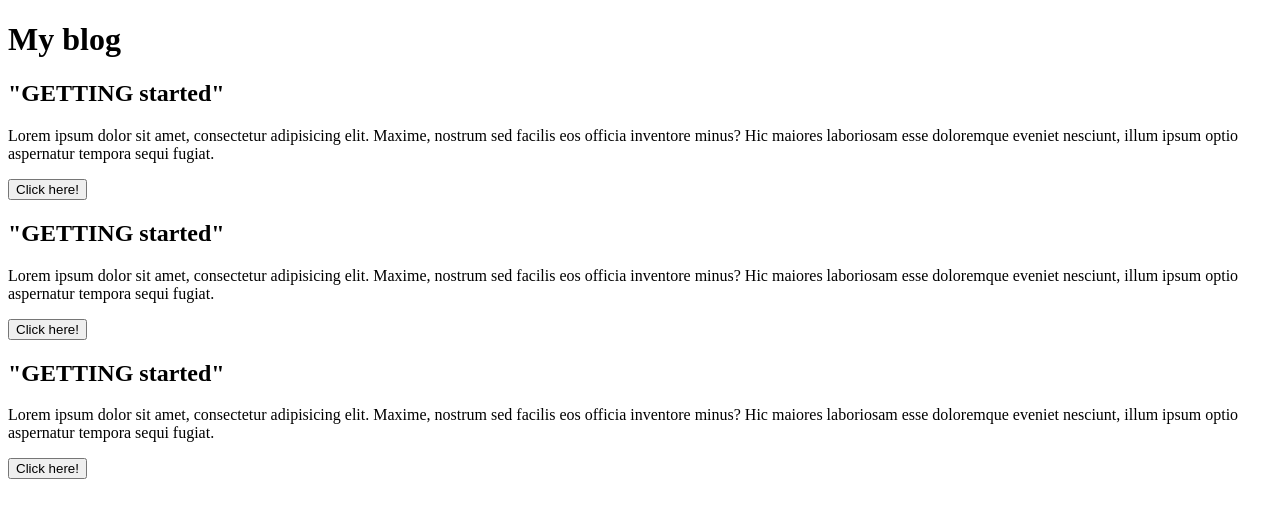
Repository: rosielee09/D3-H-week1
Page: /
These files come from the project's save history. The page is drawn as it stood at one moment and after the next save; the edit follows.
The browser window is 1280 px wide. The pictures show the whole page.
The project was rebuilt for these pictures with package versions that can differ from the ones it lists, and the page was loaded fresh each time. Also part of the build but not shown: vite.config.js, src/index.css.

Above is the page before, as saved 2025-09-10 13:48:55.

After the next save:
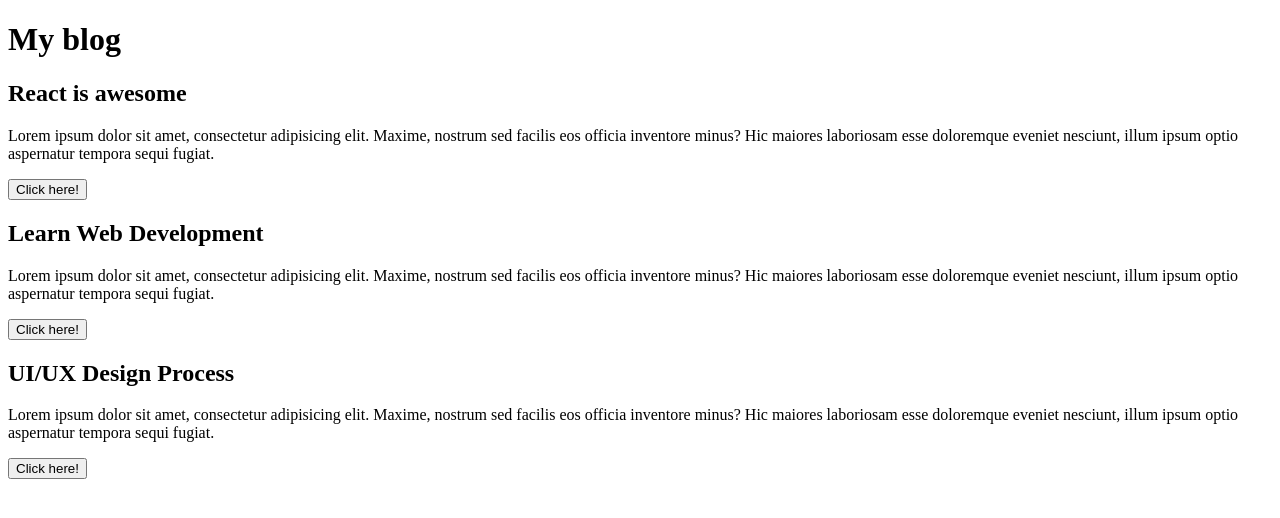
Saved 104 s later.
--- a/src/App.jsx
+++ b/src/App.jsx
@@ -36,15 +36,8 @@ function App() {
 function BlogEntry(props) {
 	return (
 		<div>
-			<h2> "GETTING started"</h2>
-			<p>
-				Lorem ipsum dolor sit amet, consectetur
-				adipisicing elit. Maxime, nostrum sed facilis
-				eos officia inventore minus? Hic maiores
-				laboriosam esse doloremque eveniet nesciunt,
-				illum ipsum optio aspernatur tempora sequi
-				fugiat.
-			</p>
+			<h2> {props.title}</h2>
+			<p>{props.summary}</p>
 			<button>Click here!</button>
 		</div>
 	);
